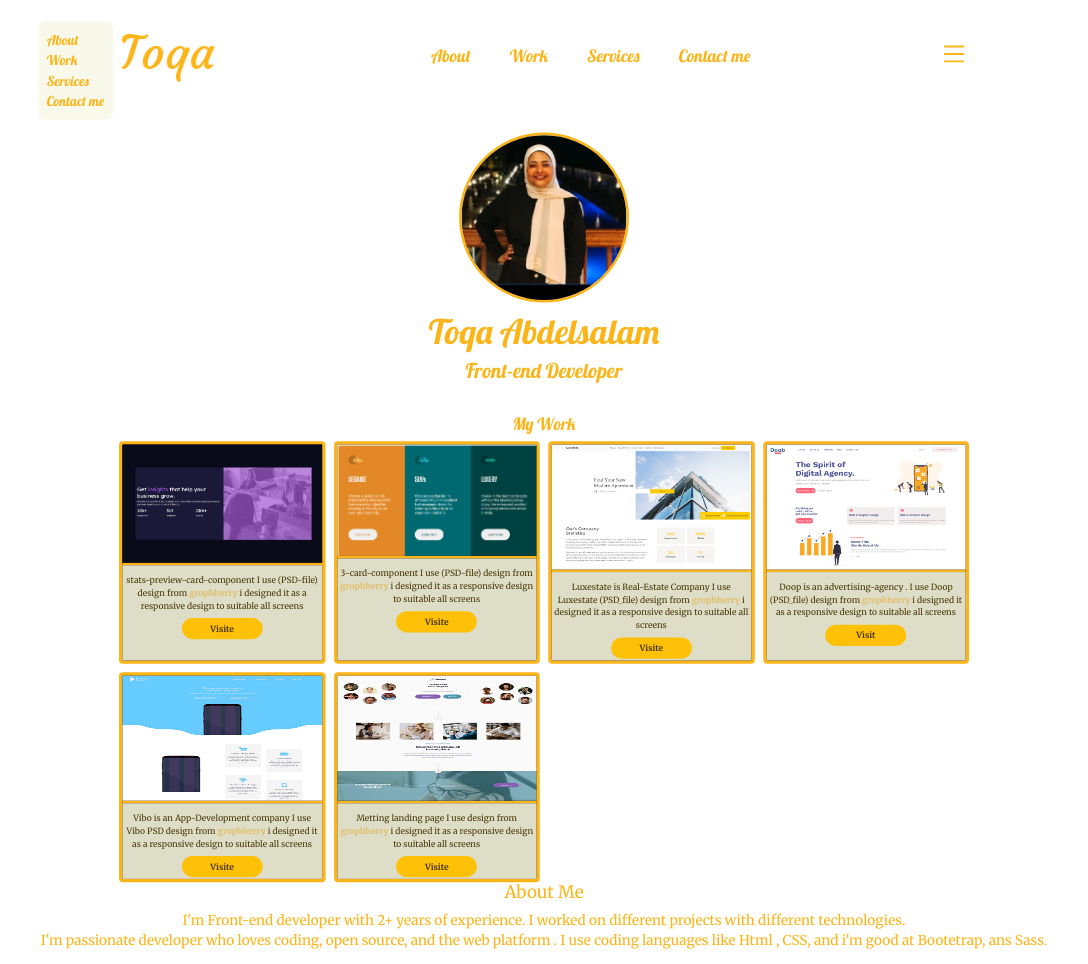
Repository: Toqa-25/portfolio
Page: index.html
An editor plug-in stored every save of this project. The page is shown before and after the next save, followed by the edit.
The browser window is 1280 px wide. The pictures show the whole page, at 85% of full size.
Some web fonts or font styles are not loaded; a fallback is used.

Above is the page before, as saved 2021-10-31 16:11:08.

After the next save:
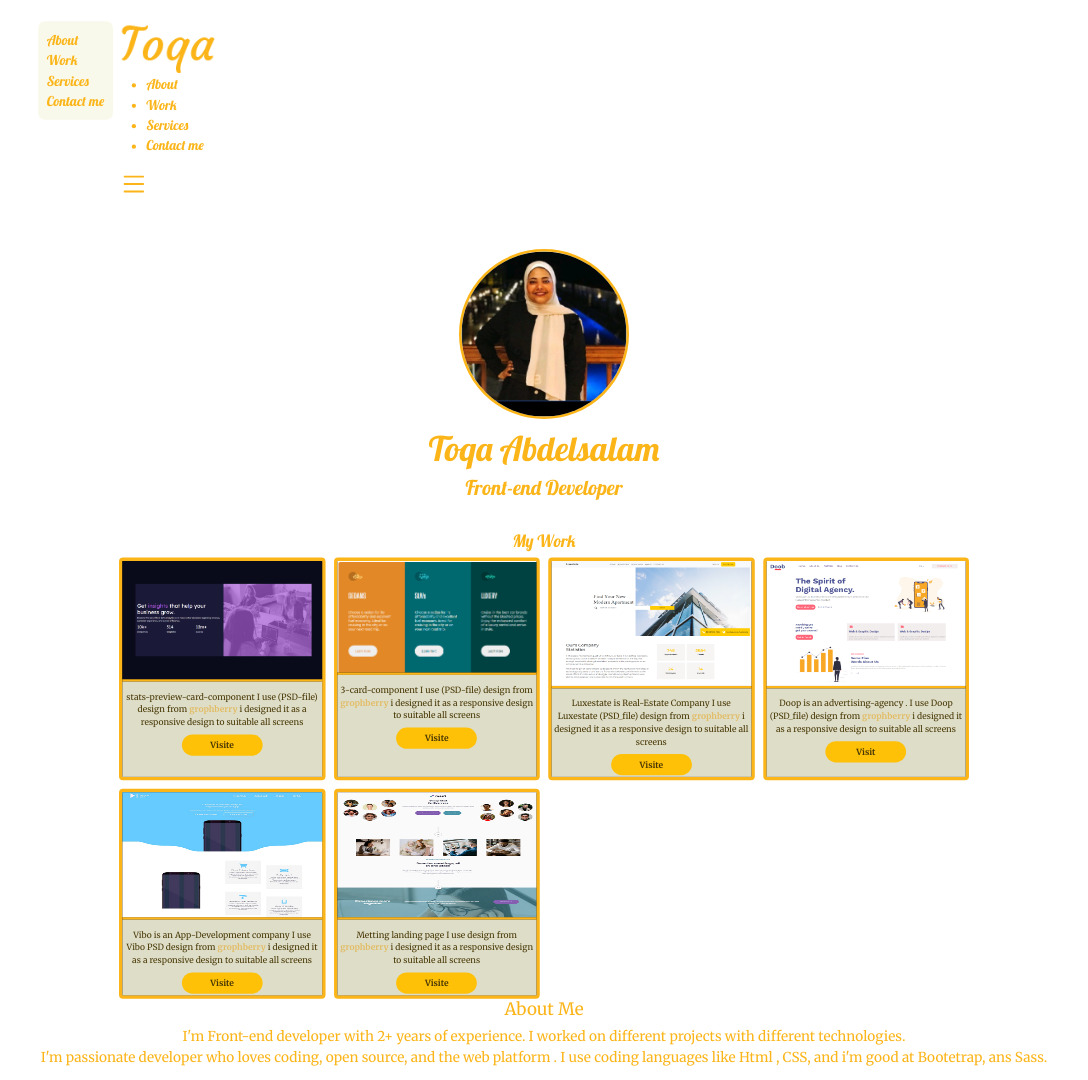
Saved 2 min 28 s later.
--- a/index.html
+++ b/index.html
@@ -24,7 +24,7 @@
 <body>
         <!-- header section -->
     <header class="pad">
-       <nav class="container">
+       <div class="container">
            <img src="images/logo.png" alt="logo">
        <ul class="list">
            <li>About</li>

After the save that followed:
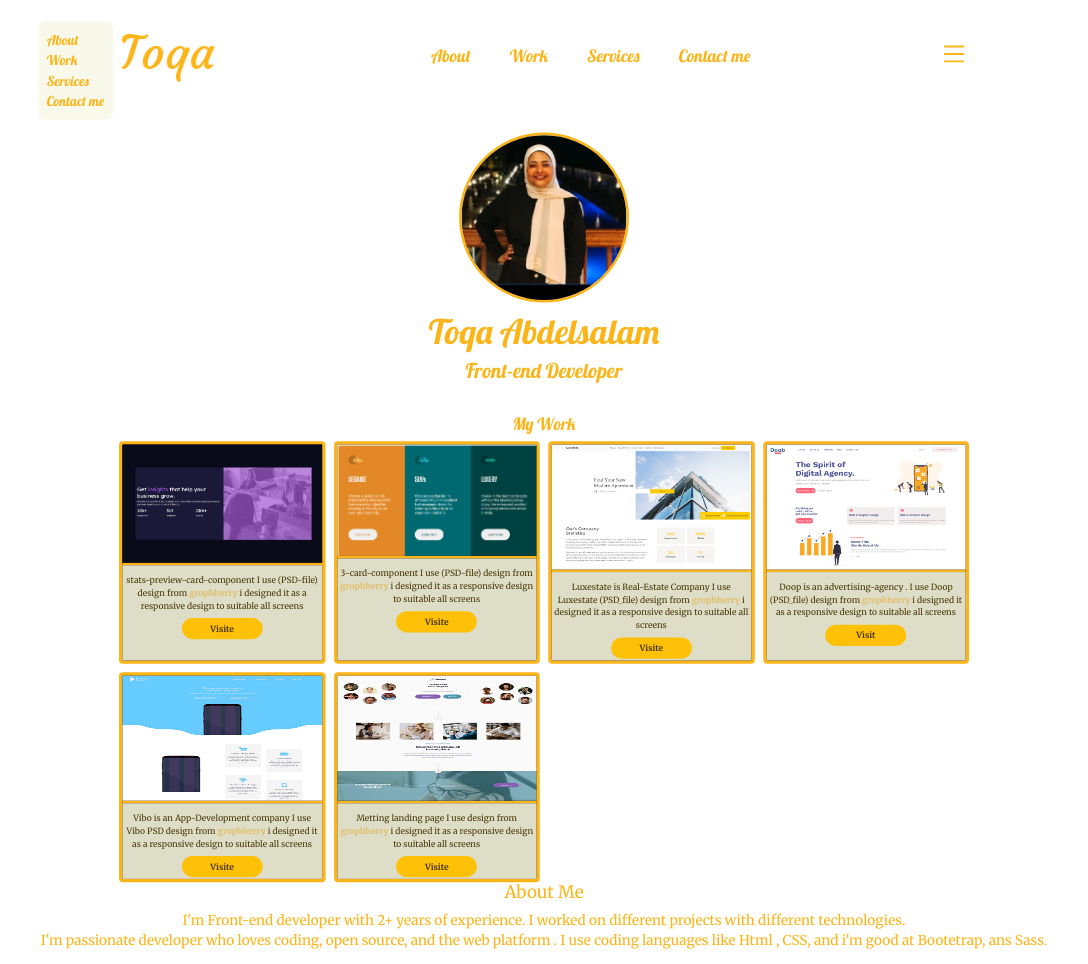
Saved 7 s later.
--- a/index.html
+++ b/index.html
@@ -24,7 +24,7 @@
 <body>
         <!-- header section -->
     <header class="pad">
-       <div class="container">
+       <nav class="container">
            <img src="images/logo.png" alt="logo">
        <ul class="list">
            <li>About</li>
